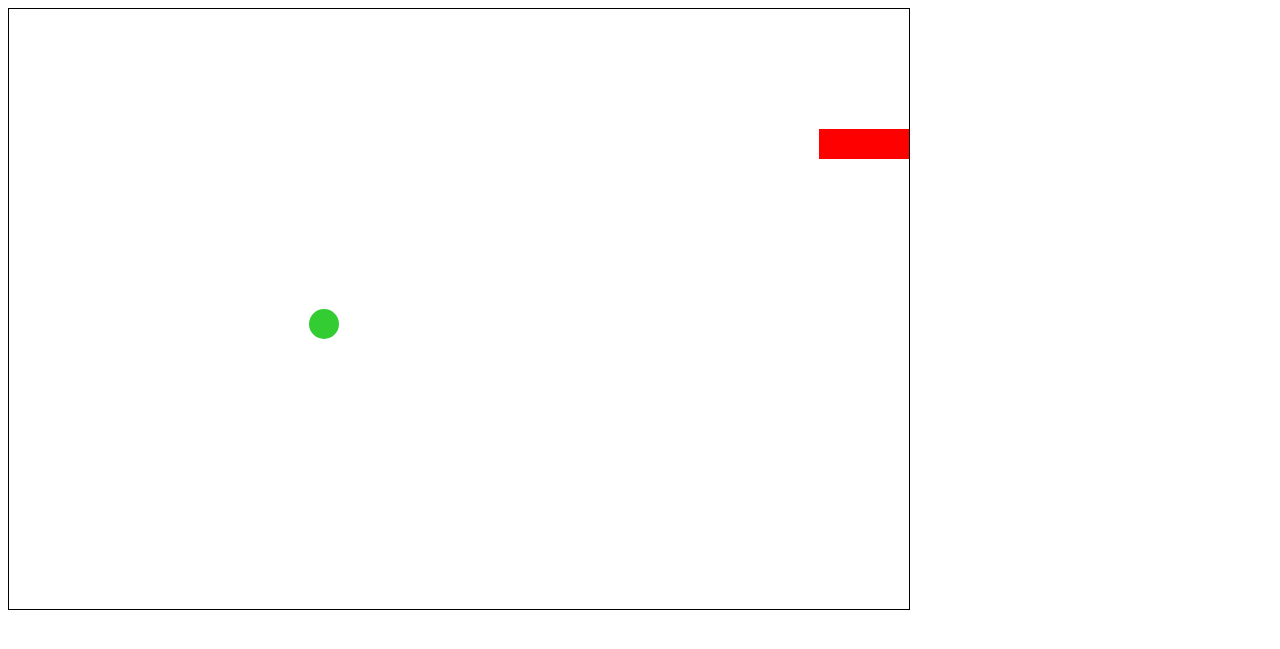
Repository: laben35/snake
Page: index.html
An editor plug-in stored every save of this project. The page is shown before and after the next save, followed by the edit.
The browser window is 1280 px wide. The pictures show the whole page.

Above is the page before, as saved 2019-12-08 15:42:17.

After the next save:
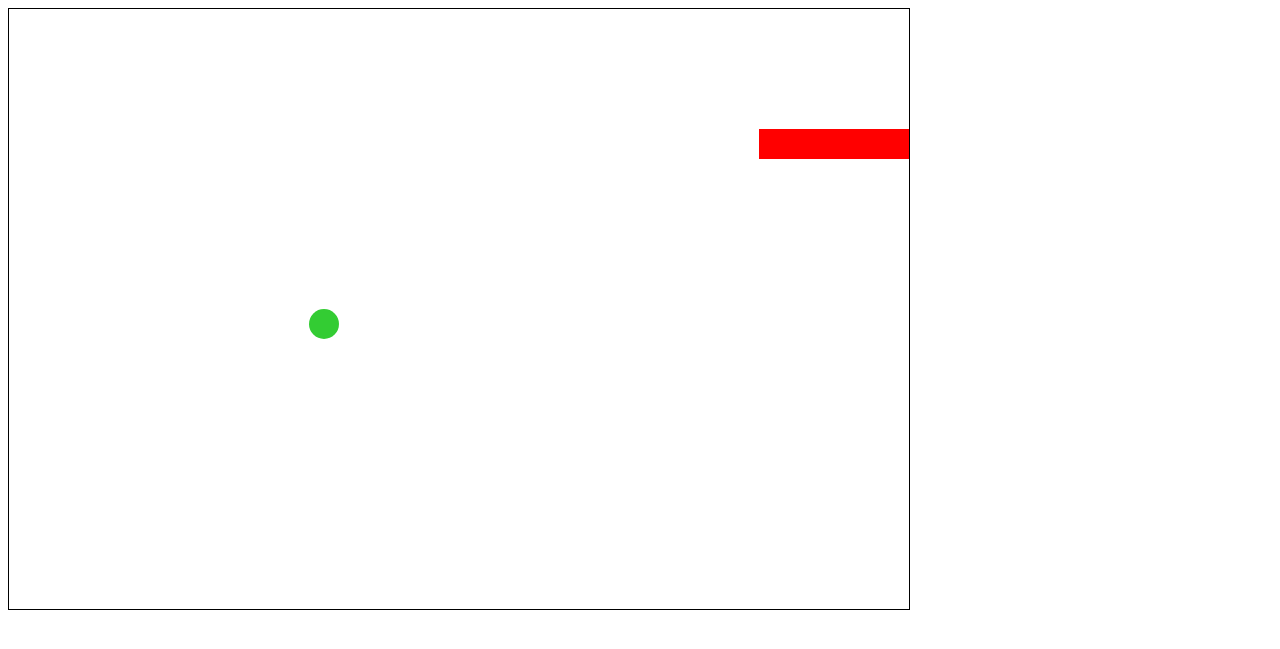
Saved 67 min 38 s later.
--- a/script.js
+++ b/script.js
@@ -20,7 +20,7 @@ window.onload = function()
             canvas.style.border = "1px solid";
             document.body.appendChild(canvas);
             ctx = canvas.getContext('2d');
-            snakee = new Snake( [[6,4], [5,4], [4,4]], "right");
+            snakee = new Snake( [[6,4], [5,4], [4,4], [3,4], [2,4]], "right");
             applee = new Apple([10,10]);
             refreshCanvas();
     }
